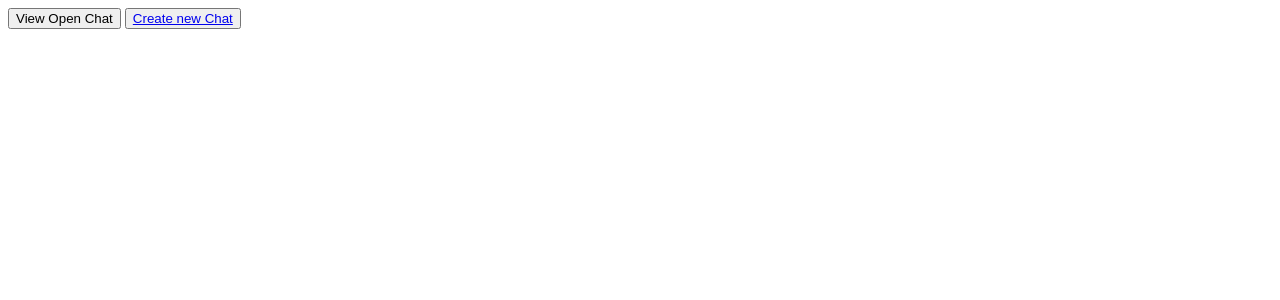
Repository: JamesArul/CLBSiteSTMT
Page: StudentsMeetFrontEnd/WebContent/Chat/ChatHome.html
These files come from the project's save history. The page is drawn as it stood at one moment and after the next save; the edit follows.
The browser window is 1280 px wide. The pictures show the whole page.

Above is the page before, as saved 2017-06-07 09:42:35.

After the next save:
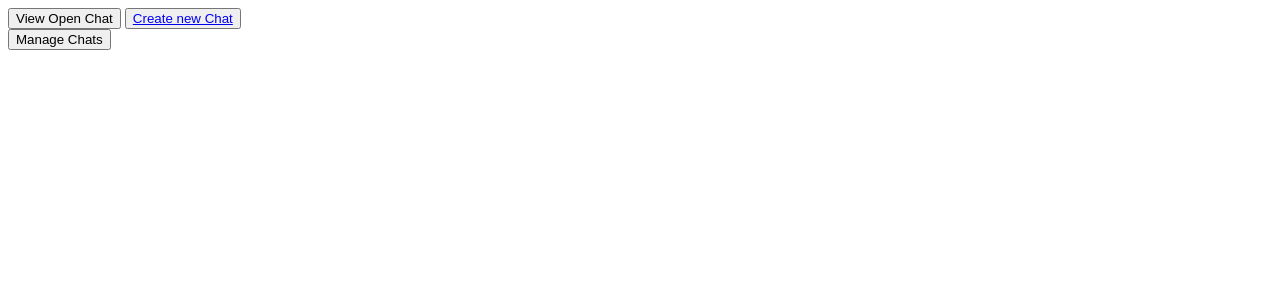
Saved 52 s later.
--- a/StudentsMeetFrontEnd/WebContent/Chat/ChatHome.html
+++ b/StudentsMeetFrontEnd/WebContent/Chat/ChatHome.html
@@ -2,4 +2,7 @@
 <div ng-controller="ChatController as ctrl">
 <button class="btn btn-success" ng-click="ctrl.getAllAvailableChat()">View Open Chat</button>
 <button class="btn btn-success" ng-click=""><a href="#!/goChaCreate">Create new Chat</a></button>
+<div ng-if="isAdmin">
+  <button type="button" class="btn btn-success" ng-click="ctrl.manageChat()">Manage Chats</button>
 </div>
+</div>
